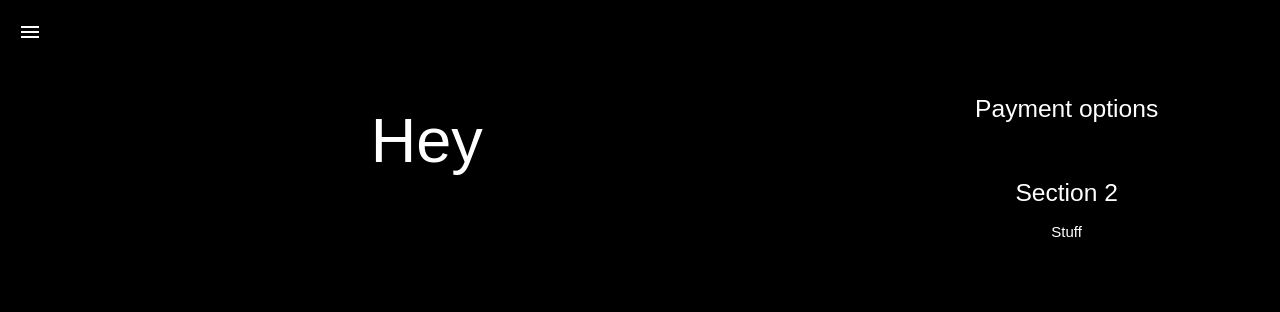
Repository: Ajtheult/final-project
Page: /cart
The author's editor kept a copy of each file at every save. The page is drawn from the files as they stood at one save, then again after the next save.
The browser window is 1280 px wide. The pictures show the whole page.
Some web fonts or font styles are not loaded; a fallback is used. Some web libraries are served in a nearby version. The project was rebuilt for these pictures with package versions that can differ from the ones it lists, and the page was loaded fresh each time. Also part of the build but not shown: src/layout/pages/LandingPage.js, src/layout/pages/About.js, src/layout/pages/catalogue/Keys.js, src/layout/pages/catalogue/String.js, src/layout/pages/catalogue/Woodwind.js, src/layout/pages/catalogue/Percussion.js, src/layout/pages/login/Login.js, src/layout/pages/login/NewSignUp.js.

Above is the page before, as saved 2020-07-23 10:29:06.

After the next save:
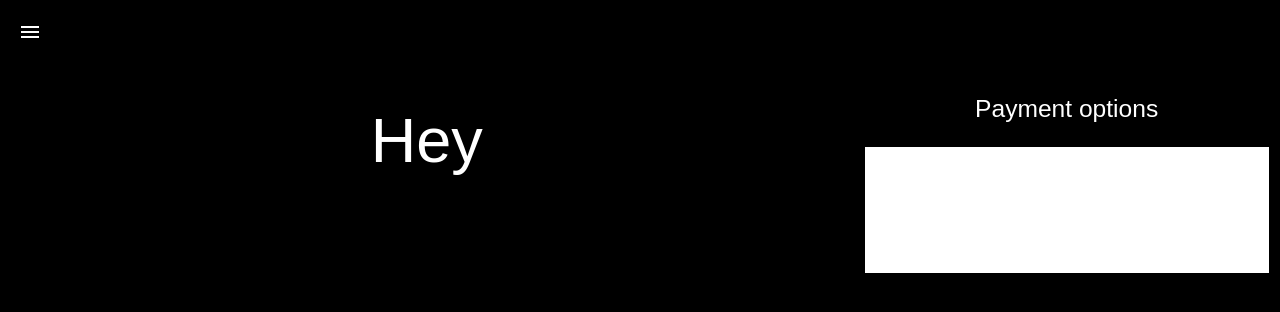
Saved 30 s later.
--- a/src/layout/pages/Cart.js
+++ b/src/layout/pages/Cart.js
@@ -14,8 +14,8 @@
             <h5>Payment options</h5>
           </div>
           {/* <div class="divider"></div> */}
-          <div class="section">
-            <div className="white">
+          <div class="section white">
+            <div className="">
               <i class="fab fa-cc-paypal"></i>
               <i class="fab fa-cc-visa"></i>
             </div>

After the 2 saves that followed:
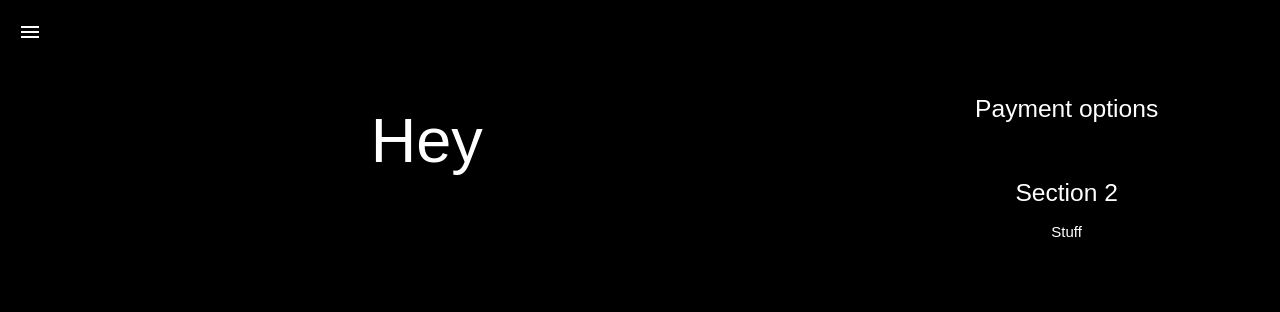
The 2 saves are shown as one change because they came seconds apart.
The last was saved 7 s later.
--- a/src/layout/pages/Cart.js
+++ b/src/layout/pages/Cart.js
@@ -14,8 +14,8 @@
             <h5>Payment options</h5>
           </div>
           {/* <div class="divider"></div> */}
-          <div class="section white">
-            <div className="">
+          <div class="section ">
+            <div className="white">
               <i class="fab fa-cc-paypal"></i>
               <i class="fab fa-cc-visa"></i>
             </div>
